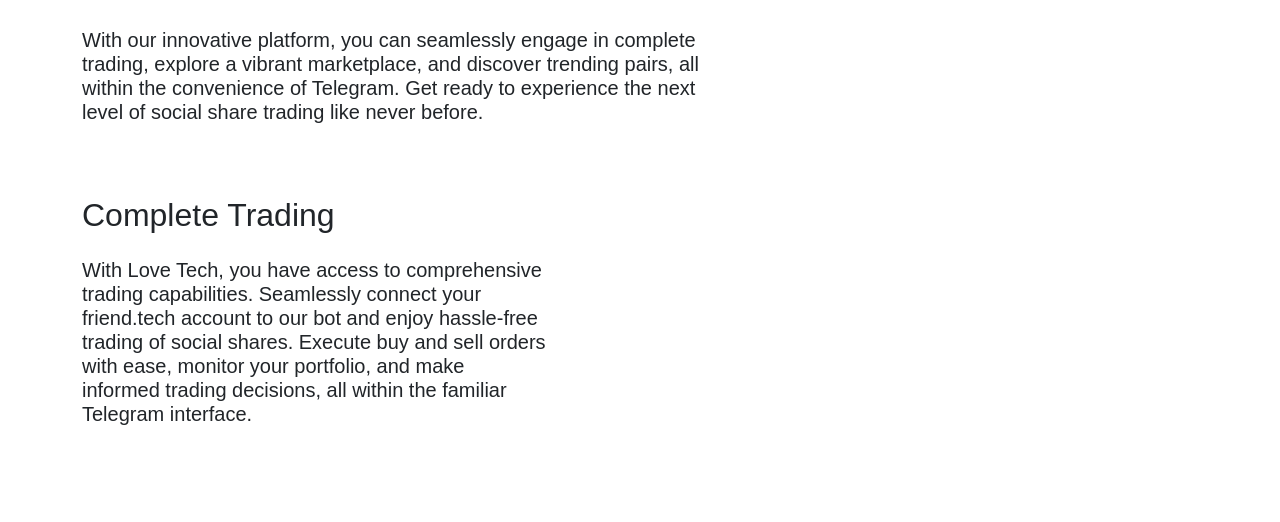
Repository: andinhle/lovetech
Page: index.html
The author's editor kept a copy of each file at every save. The page is drawn from the files as they stood at one save, then again after a run of saves.
The browser window is 1280 px wide. The pictures show the part of the page from y = 1216 to 2168 px (the page is 1738 px tall before and 2168 px after).
A picture or video elsewhere on the page could not be fetched, so the positions and the page height are approximate.

Above is the page before, as saved 2023-08-21 21:50:39.

After the next 2 saves:
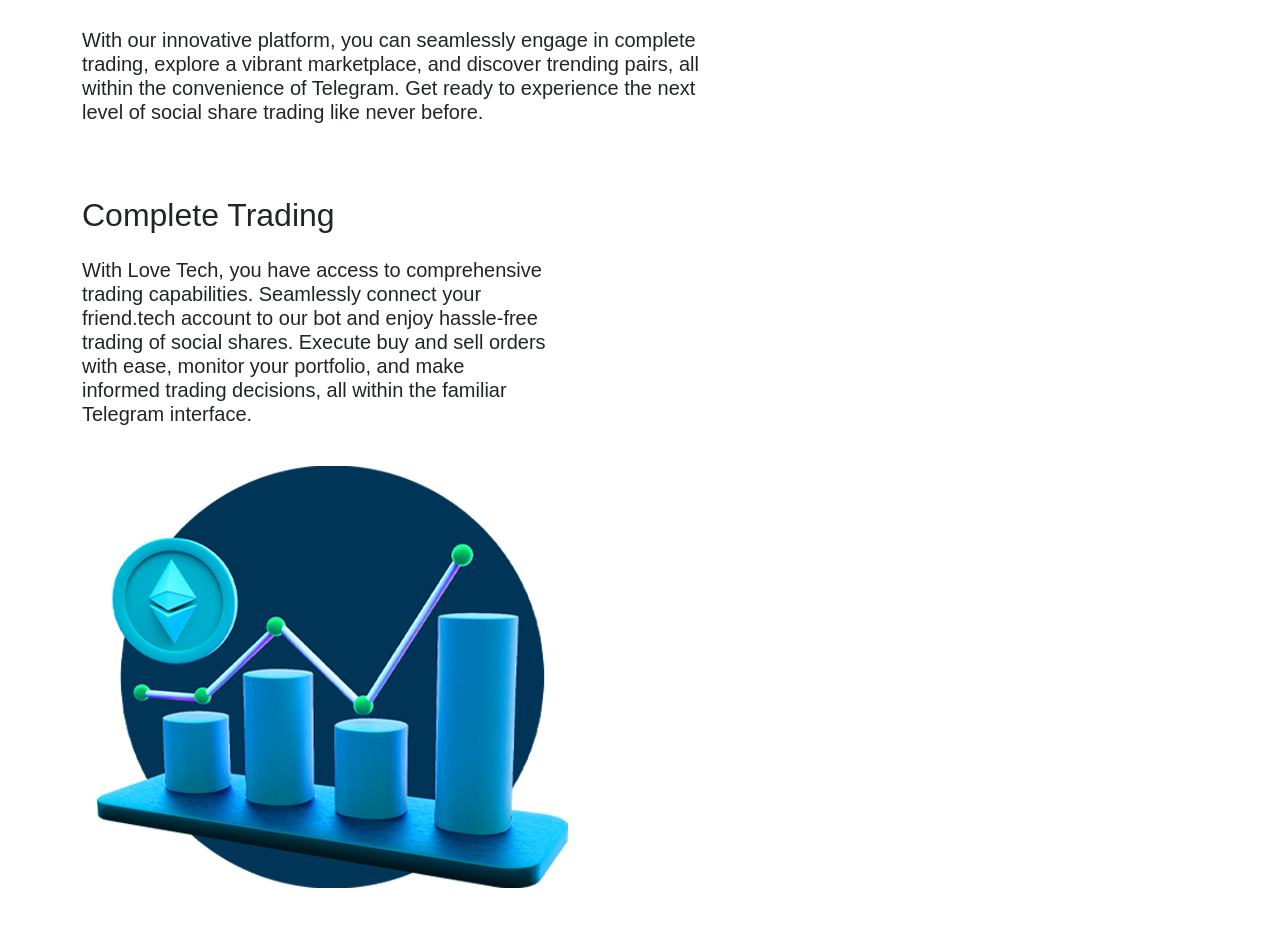
The 2 saves are shown as one change because they came seconds apart.
The last was saved 27 s later.
--- a/index.html
+++ b/index.html
@@ -97,7 +97,7 @@
                             <p class="h5 py-3">With Love Tech, you have access to comprehensive trading capabilities. Seamlessly connect your friend.tech account to our bot and enjoy hassle-free trading of social shares. Execute buy and sell orders with ease, monitor your portfolio, and make informed trading decisions, all within the familiar Telegram interface.</p>
                         </div>
                         <div class="col-md-5">
-                            <img src="" alt="">
+                            <img src="asset/img/6334c1c245f047742b51234a_image-4-features-gradient-template-p-500.png" alt="">
                         </div>
                     </div>
                 </div>
